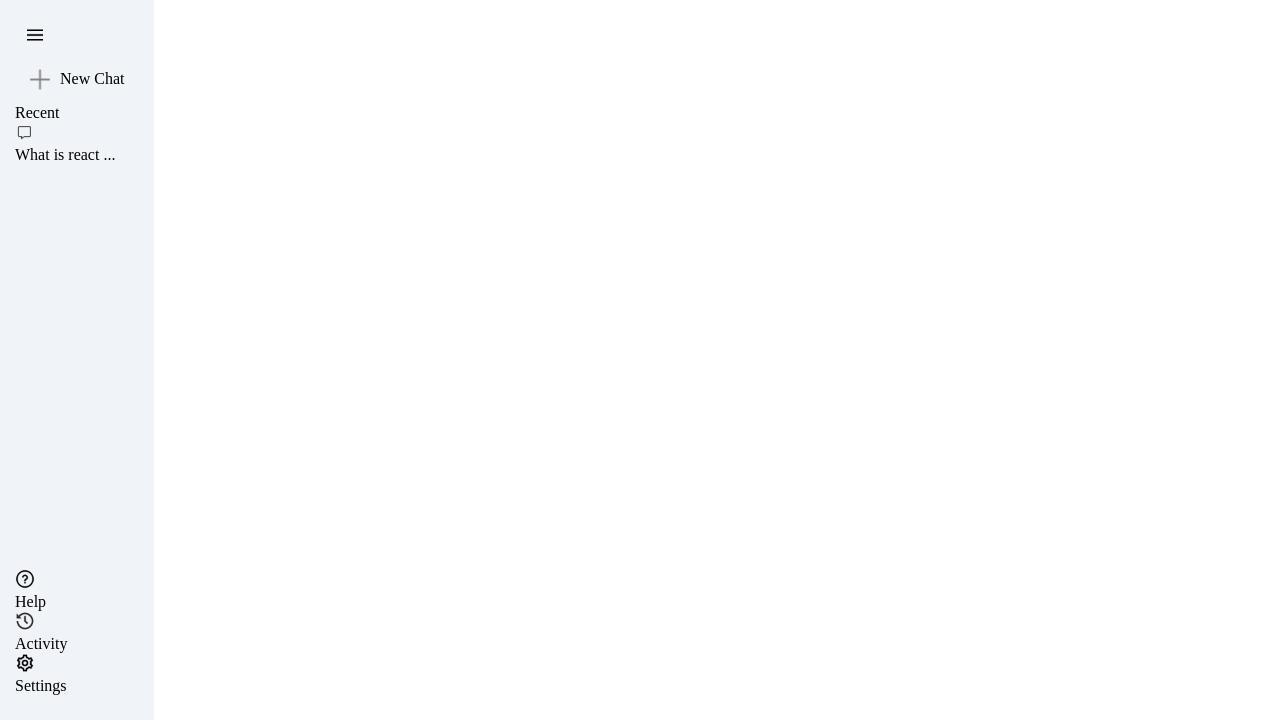
Repository: diyorbe-beep/GhostAi
Page: /
These files come from the project's save history. The page is drawn as it stood at one moment and after the next save; the edit follows.
The browser window is 1280 px wide. The pictures show the whole page.
The project was rebuilt for these pictures with package versions that can differ from the ones it lists, and the page was loaded fresh each time. Also part of the build but not shown: vite.config.js.

Above is the page before, as saved 2025-08-31 11:57:45.

### index.html
<!doctype html>
<html lang="en">
  <head>
    <meta charset="UTF-8" />
    <link rel="icon" type="image/svg+xml" href="./public/ChatGPT Image 31 авг. 2025 г., 11_16_32.png" />
    <meta name="viewport" content="width=device-width, initial-scale=1.0" />
    <title>GhostAi</title>
  </head>
  <body>
    <div id="root"></div>
    <script type="module" src="/src/main.jsx"></script>
  </body>
</html>

### src/index.css
*{
  margin: 0;
  padding: 0;
  box-sizing: border-box;
}
#root{
  min-height: 100vh;
  display: flex;
}
/* body{
  background-color: #171618;
} */

### src/App.jsx
import React from 'react'
import Sidebar from './components/sidebar/sidebar'
export default function App() {
  return (
    <>
      <Sidebar />
    </>
  )
}

### src/components/sidebar/sidebar.jsx
import React from 'react'
import './sidebar.css'
import { assets } from '../../assets/assets'
export default function sidebar() {
  return (
    <div className='sidebar'>
      <div className="top">
        <img className='menu' src={assets.menu_icon} alt="" />
        <div className="new_chat">
          <img src={assets.plus_icon} alt="" />
          <p>New Chat</p>
        </div>
        <div className="recent">
          <p className='recent-title' >Recent </p>
          <div className="recent-entry">
            <img src={assets.message_icon} alt="" />
            <p>What is react ...</p>
          </div>
        </div>
      </div>
      <div className="bottom">
        <div className='bottom_item recent-entry'>
          <img src={assets.question_icon} alt="" />
          <p>Help</p>
        </div>
        <div className='bottom_item recent-entry'>
          <img src={assets.history_icon} alt="" />
          <p>Activity</p>
        </div>
        <div className='bottom_item recent-entry'>
          <img src={assets.setting_icon} alt="" />
          <p>Settings</p>
        </div>
      </div>
    </div>
  )
}

### src/components/sidebar/sidebar.css
.sidebar{
    min-width: 130px;
    display: inline-flex;
    flex-direction: column;
    justify-content: space-between;
    background-color: #f0f4f9;
    padding: 25px 15px;
}

.sidebar img{
    width: 20px;
}

.sidebar .menu{
    display: block;
    margin-left: 10px;
    cursor: pointer;
}

.sidebar .new_chat{
    margin-top: 10px;
    display: inline-flex;
    align-items: center;
    gap: 10px;
    padding: 10px 15px;
    background-color: #
}

### src/assets/assets.js
import history_icon from './history_icon.png'
import menu_icon from './menu_icon.png'
import plus_icon from './plus_icon.png'
import question_icon from './question_icon.png'
import setting_icon from './setting_icon.png'
import bulb_icon from './bulb_icon.png'
import compass_icon from './compass_icon.png'
import gallery_icon from './gallery_icon.png'
import mic_icon from './mic_icon.png'
import user_icon from './user_icon.png'
import youtube_icon from './youtube_icon.png'
import message_icon from './message_icon.png'
import code_icon from './code_icon.png'
import send_icon from './send_icon.png'
import gemini_icon from './gemini_icon.png'

export const assets = {
    history_icon,
    menu_icon,
    plus_icon,
    question_icon,
    setting_icon,
    bulb_icon,
    compass_icon,
    gallery_icon,
    mic_icon,
    user_icon,
    youtube_icon,
    message_icon,
    code_icon,
    send_icon,
    gemini_icon
}

Loaded but not shown: src/main.jsx (common file)

After the next save:
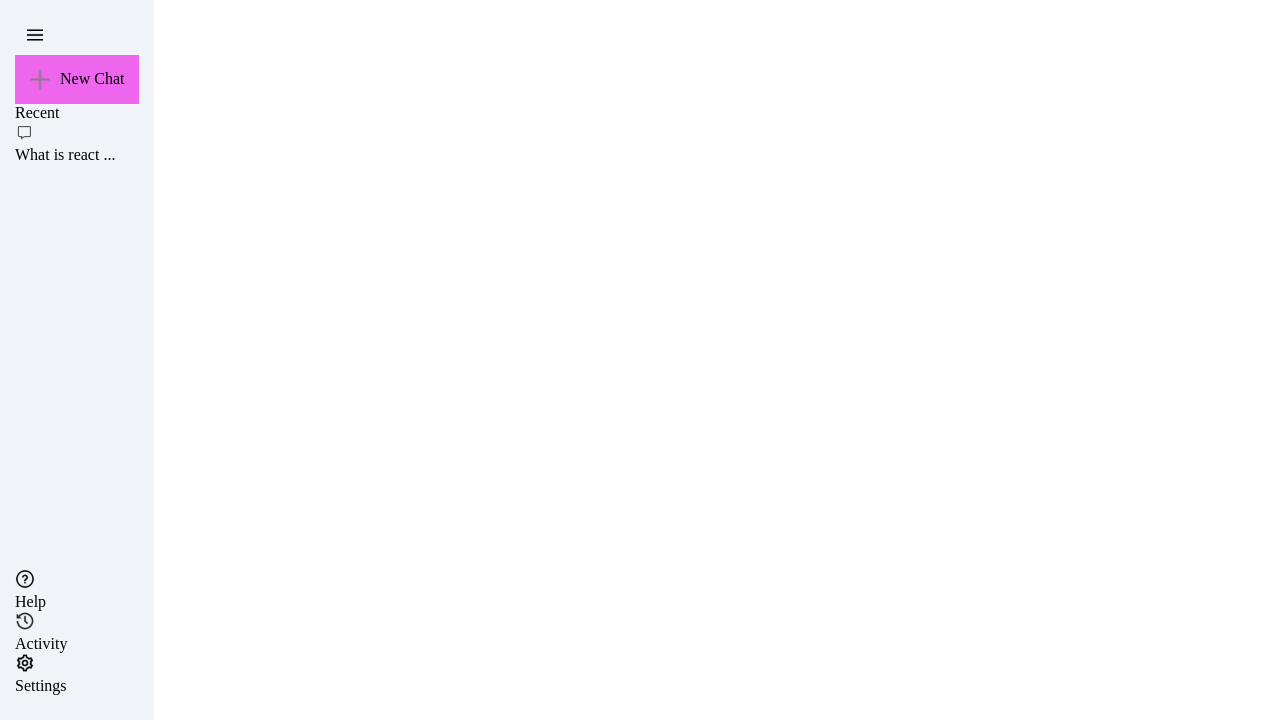
Saved 4 s later.
--- a/src/components/sidebar/sidebar.css
+++ b/src/components/sidebar/sidebar.css
@@ -23,5 +23,5 @@
     align-items: center;
     gap: 10px;
     padding: 10px 15px;
-    background-color: #
+    background-color: #e6e
 }

After the 3 saves that followed:
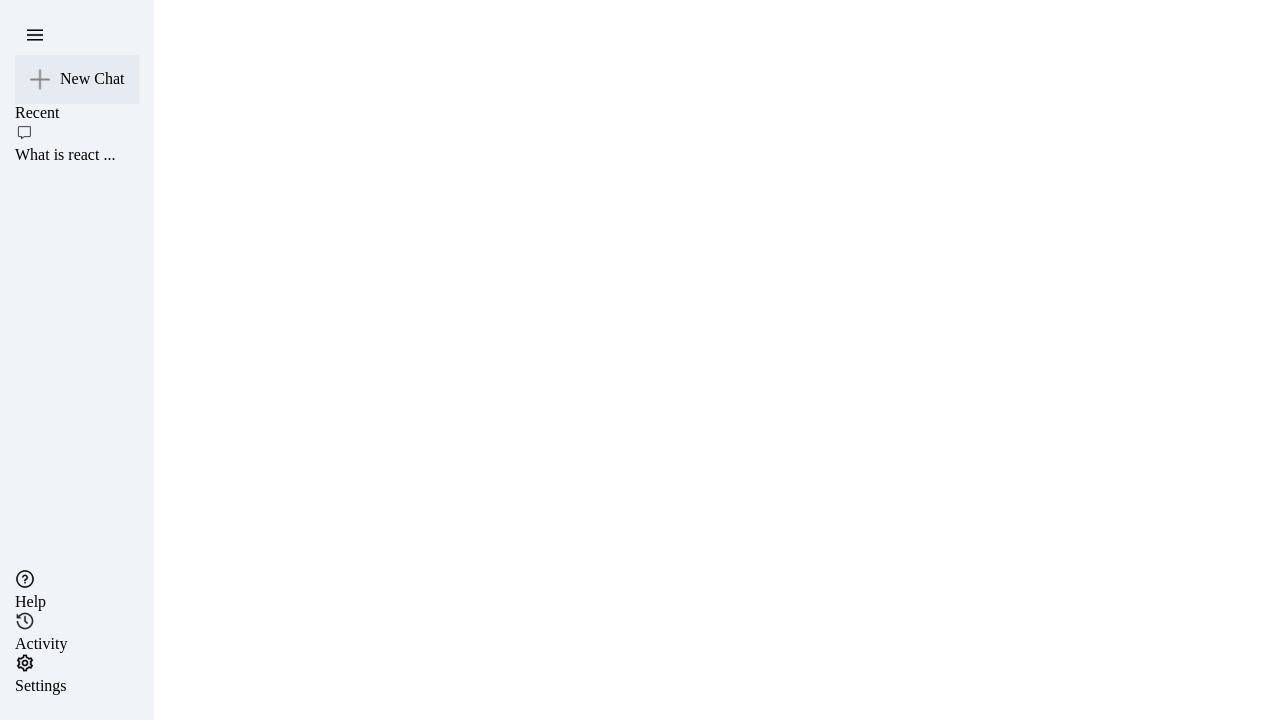
The 3 saves are shown as one change because they came seconds apart.
The last was saved 9 s later.
--- a/src/components/sidebar/sidebar.css
+++ b/src/components/sidebar/sidebar.css
@@ -23,5 +23,5 @@
     align-items: center;
     gap: 10px;
     padding: 10px 15px;
-    background-color: #e6e
+    background-color: #e6eaf1;
 }
